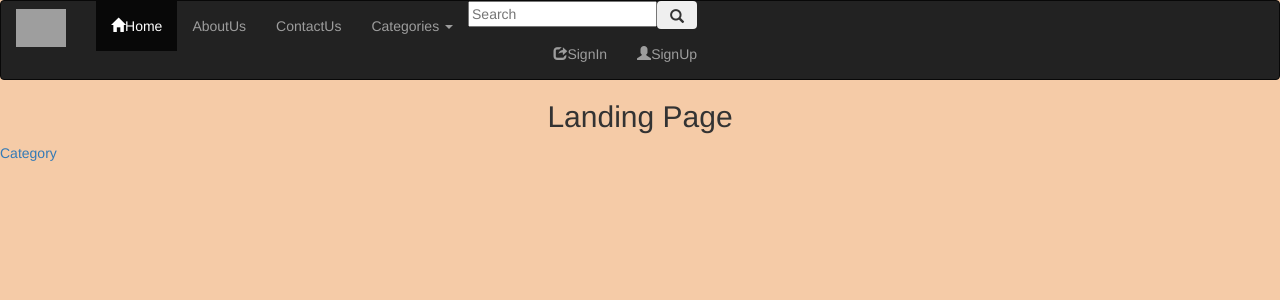
Repository: ananthi024/Java-Programs
Page: http://localhost/ClassyMissyFrontend/
An editor plug-in stored every save of this project. The page is shown before and after the next save, followed by the edit.
The browser window is 1280 px wide. The pictures show the whole page.
Pictures or frames that could not be fetched are drawn as grey boxes. Some web libraries are served in a nearby version. The page is served by Tomcat 9. Nobody is signed in. The application's start-up code is not run. Other server files are loaded and not shown.

Above is the page before, as saved 2017-06-23 22:11:32.
Console error (its wording comes from the project's code and is left out).

### MyProject-29.06.2017/ClassyMissyFrontend/src/main/webapp/index.jsp
<%@ page language="java" contentType="text/html"%>
<%@include file="WEB-INF/views/Header.jsp" %>
<h2 align="center">Landing Page</h2>
<a href="Category">Category</a>
</body>
</html>

### MyProject-29.06.2017/ClassyMissyFrontend/src/main/webapp/WEB-INF/views/Header.jsp
<%@ page language="java" contentType="text/html"%>

<html>
<head>
<title>Navbar Example</title>
<meta name="viewport" content="width=device-width,initial-scale=1">
<link rel="stylesheet" href="https://maxcdn.bootstrapcdn.com/bootstrap/3.3.7/css/bootstrap.min.css">
<script src="https://maxcdn.bootstrapcdn.com/bootstrap/3.3.7/js/bootstrap.min.js"></script>
<script src="https://ajax.googleapis.com/ajax/libs/jquery/3.1.1/jquery.min.js"></script>
</head>
<body style="background-color:#f5cba7">
<form action="gh">
<!-- Starting The Navbar Code -->
<nav class="navbar navbar-inverse">
<div class="container-fluid">

<div class="navbar-header">
<a class="navbar-brand" rel="home" href="#" title="The Exprssion of Pearl">
                <img style="max-width:50px; margin-top: -7px;"
                     src="E:\New folder\cma2.jpg">
            </a>
<a class="navbar-brand" href="Home.jsp"></a>
</div>


<ul class="nav navbar-nav">
<li class="active"><a href="Home.jsp"><span class="glyphicon glyphicon-home"></span>Home</a></li>
<li><a href="AboutUs">AboutUs</a></li>
<li><a href="ContactUs.jsp">ContactUs</a></li>
 <li class="dropdown"><a href="#" class="dropdown-toggle"
 data-toggle="dropdown" role="button" aria-haspopup="true"
 aria-expanded="false">Categories <span class="caret"></span></a>
          <ul class="dropdown-menu">
            <li><a href="#">Page 1</a></li>
            <li><a href="#">Page 2</a></li>
            <li><a href="#">Page 3</a></li>
          </ul></li>
<!-- Search Button -->
<form class="navbar-form navbar-left form-horizontal" role="Search">
<div class="input-group">
<input type="text" class="search-box" placeholder="Search">
<button type="submit" class="btn">
<span class="glyphicon glyphicon-search"></span></button></div></form>

<div class="nav navbar-nav navbar-right">
<li><a href="SignIn.jsp"><span class="glyphicon glyphicon-share"></span>SignIn </a></li>
<li><a href="Register.jsp"><span class="glyphicon glyphicon-user"></span>SignUp </a></li>

</div>
</ul>
</div>
</nav>
</form>
</body>
</html>

After the next save:
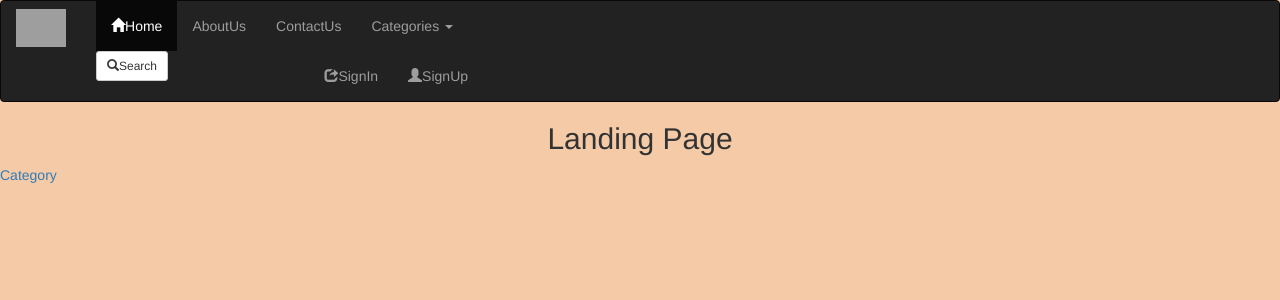
Saved 95 s later.
--- a/MyProject-29.06.2017/ClassyMissyFrontend/src/main/webapp/WEB-INF/views/Header.jsp
+++ b/MyProject-29.06.2017/ClassyMissyFrontend/src/main/webapp/WEB-INF/views/Header.jsp
@@ -36,11 +36,12 @@
             <li><a href="#">Page 3</a></li>
           </ul></li>
 <!-- Search Button -->
-<form class="navbar-form navbar-left form-horizontal" role="Search">
-<div class="input-group">
-<input type="text" class="search-box" placeholder="Search">
-<button type="submit" class="btn">
-<span class="glyphicon glyphicon-search"></span></button></div></form>
+
+ <p>
+        <li><button type="button" class="btn btn-default btn-sm">
+          <span class="glyphicon glyphicon-search"></span>Search
+        </button></li>
+      </p>
 
 <div class="nav navbar-nav navbar-right">
 <li><a href="SignIn.jsp"><span class="glyphicon glyphicon-share"></span>SignIn </a></li>
